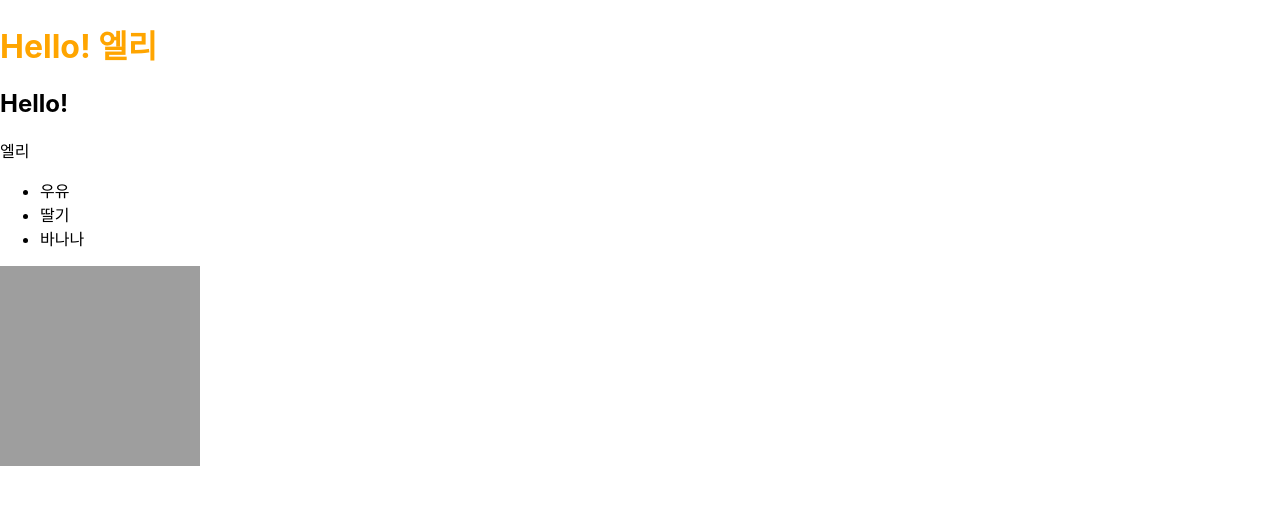
Repository: Yugayoung/css-example
Page: / (app in react/basic/)
An editor plug-in stored every save of this project. The page is shown before and after the next save, followed by the edit.
The browser window is 1280 px wide. The pictures show the whole page.
Pictures or frames that could not be fetched are drawn as grey boxes. The project was rebuilt for these pictures with package versions that can differ from the ones it lists, and the page was loaded fresh each time.

Above is the page before, as saved 2023-12-15 16:19:10.

After the next save:
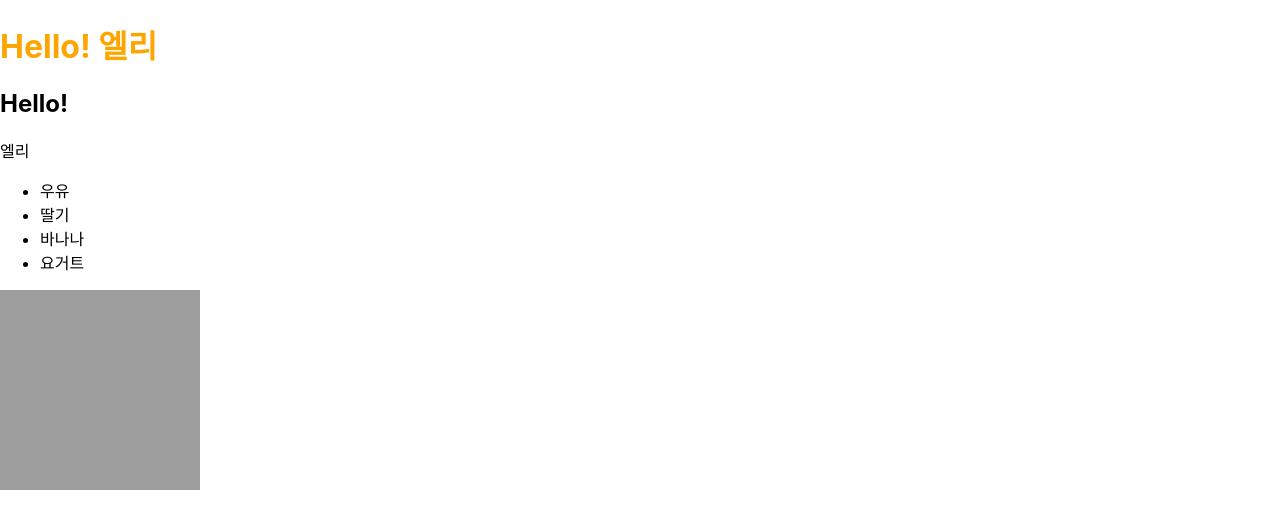
Saved 10 s later.
--- a/react/basic/src/App.js
+++ b/react/basic/src/App.js
@@ -2,7 +2,7 @@ import './App.css';
 
 function App() {
   const name = '엘리';
-  const list = ['우유', '딸기', '바나나'];
+  const list = ['우유', '딸기', '바나나', '요거트'];
   return (
     <>
       <h1 className='orange'>{`Hello! ${name}`}</h1>
